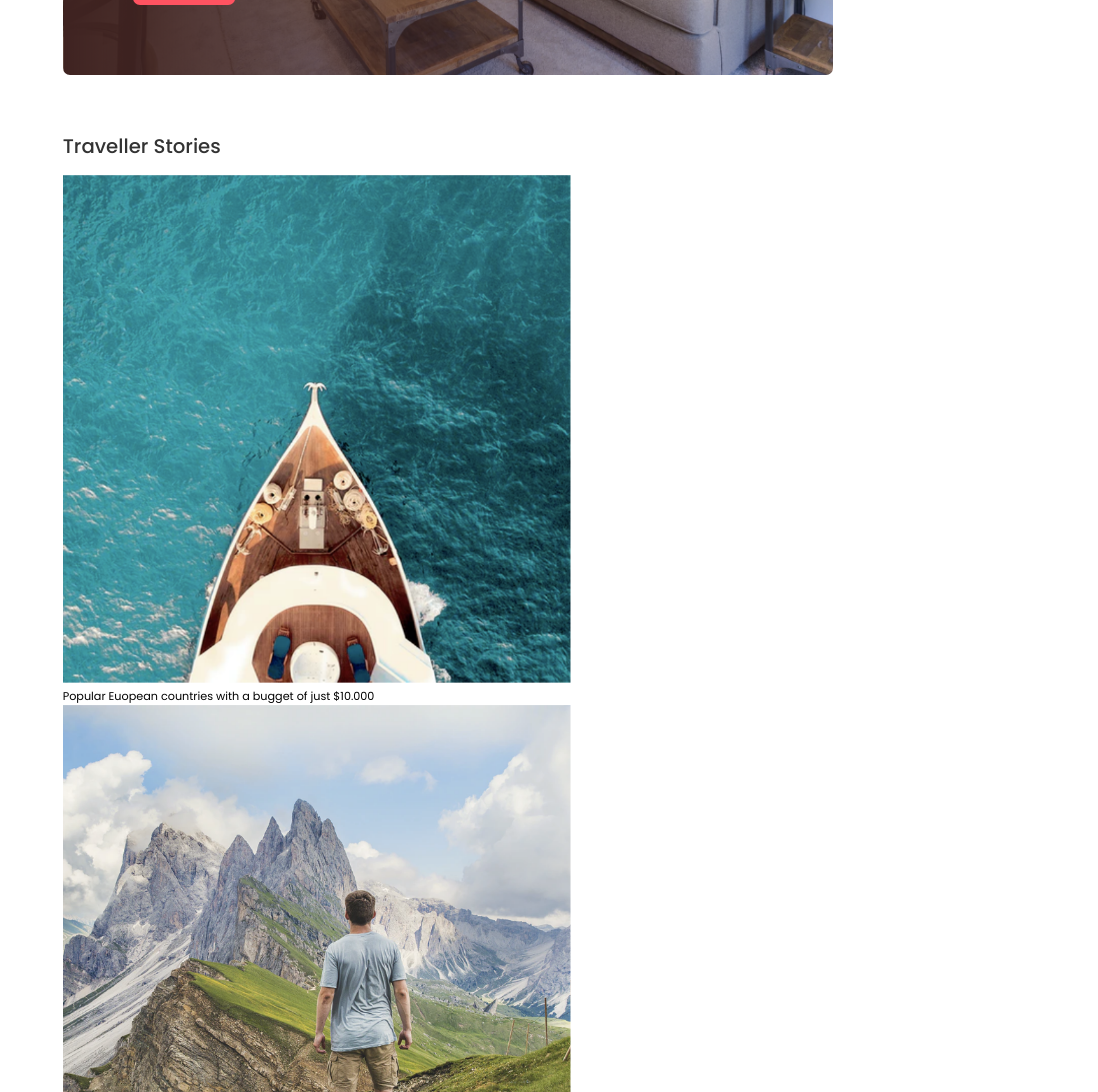
Repository: pinocoding/AirBnB
Page: house.html
An editor plug-in stored every save of this project. The page is shown before and after the next save, followed by the edit.
The browser window is 1280 px wide. The page is 1280 px wide, then 1568 px, so the pictures cover 1568 px, including what lies to the right of the window. The pictures show the part of the page from y = 1966 to 3526 px (the page is 4487 px tall before and 3028 px after), at 70% of full size.

Above is the page before, as saved 2022-01-23 16:08:42.

After the next save:
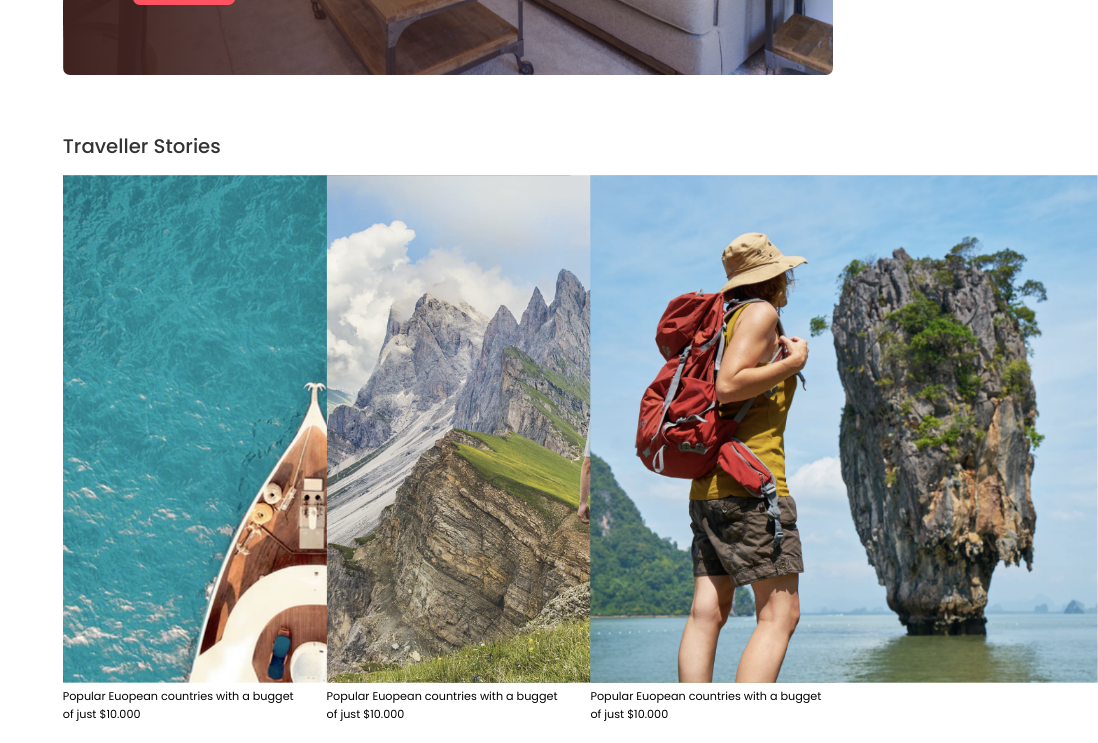
Saved 12 s later.
--- a/style.css
+++ b/style.css
@@ -177,3 +177,10 @@ padding-top: 22%
 
 }
 /* ------------Traveller Stories--------- */
+.stories {
+  display: grid ;
+  grid-template-columns: repeat(auto-fit,minmax(200px,1fr));
+  grid-gap: 30px;
+  margin-bottom :30px;
+
+}
